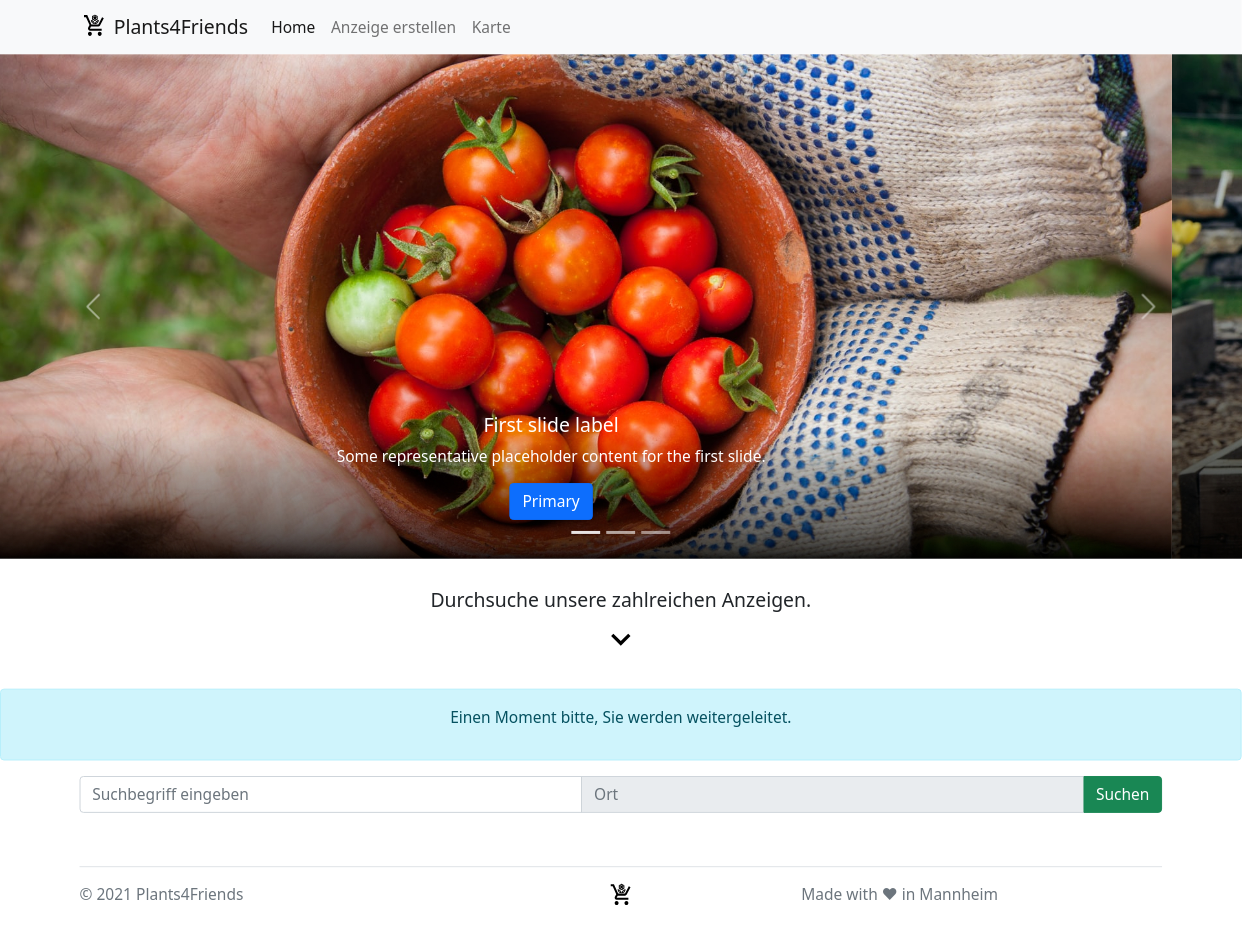
Repository: Carlson43/PlantsForFriends
Page: Website/index.html
These files come from the project's save history. The page is drawn as it stood at one moment and after the next save; the edit follows.
The browser window is 1280 px wide. The pictures show the whole page, at 97% of full size.

Above is the page before, as saved 2022-01-13 12:46:09.

### Website/index.html
<!doctype html>
<html lang="en">
  <head>
      <!-- Required meta tags -->
      <meta charset="utf-8">
      <meta name="viewport" content="width=device-width, initial-scale=1">

      <!-- Referencing Backend -->
      <script src="https://code.jquery.com/jquery-3.6.0.js"> </script>
      <script src="./Backend.js"> </script>

      <!-- Bootstrap CSS -->
      <link href="https://cdn.jsdelivr.net/npm/bootstrap@5.1.3/dist/css/bootstrap.min.css" rel="stylesheet" integrity="sha384-1BmE4kWBq78iYhFldvKuhfTAU6auU8tT94WrHftjDbrCEXSU1oBoqyl2QvZ6jIW3" crossorigin="anonymous">

      <!-- Custom Carousel CSS -->
      <style>
        .img-responsive {
        max-width: 100%; /* or to whatever you want here */
        max-height: auto; /* or to whatever you want here */
      }
      </style>

      <!-- Custom Divider CSS -->
      <link rel="stylesheet" href="divider.css">

    <title>Welcome @ Plants4Friends</title>

    <!-- Favicon -->
    <link rel="icon" type="image/x-icon" href="./Design-Ressourcen/flower.svg">
  </head>

  <body>
    <!-- Navbar -->
    <nav class="navbar navbar-expand-lg navbar-light bg-light">
        <div class="container fluid">
            <!-- Navabr Logo and Brandname -->
            <a class="navbar-brand" href="#">
                <img src="./Design-Ressourcen/logo.svg" alt="" width="30" height="24" class="d-inline-block align-text-top">
                Plants4Friends
            </a>
            <!-- Toggler for Expandsion -->
            <button class="navbar-toggler" type="button" data-bs-toggle="collapse" data-bs-target="#navbarNav" aria-controls="navbarNav" aria-expanded="false" aria-label="Toggle navigation">
                <span class="navbar-toggler-icon"></span>
            </button>
            <!-- Navigation Links -->
            <div class="collapse navbar-collapse" id="navbarNav">
                <div class="navbar-nav">
                    <a class="nav-link active" aria-current="page" href="index.html">Home</a>
                    <a class="nav-link" href="./create.html">Anzeige erstellen</a>
                    <a class="nav-link" href="./map.html">Karte</a>
                </div>
            </div>
        </div>
    </nav>

    <!-- Carousel -->
    <div id="carouselExampleCaptions" class="carousel slide" data-bs-ride="carousel">
        <!-- Slide Indicators -->
        <div class="carousel-indicators">
          <button type="button" data-bs-target="#carouselExampleCaptions" data-bs-slide-to="0" class="active" aria-current="true" aria-label="Slide 1"></button>
          <button type="button" data-bs-target="#carouselExampleCaptions" data-bs-slide-to="1" aria-label="Slide 2"></button>
          <button type="button" data-bs-target="#carouselExampleCaptions" data-bs-slide-to="2" aria-label="Slide 3"></button>
        </div>
        <!-- Carousel Slide Content -->
        <div class="carousel-inner">
          <!-- First Slide (starts with an active state) -->
          <div class="carousel-item active">
            <img src="./Design-Ressourcen/Bilder/carousel02-cut.jpg" class="img-responsive" alt="...">
            <!-- Text / Content Box -->
            <div class="carousel-caption d-none d-sm-block">
                <h5>First slide label</h5>
                <p>Some representative placeholder content for the first slide.</p>
                <button type="button" class="btn btn-primary">Primary</button>
            </div>
          </div>
          <!-- Second Slide -->
          <div class="carousel-item">
            <img src="./Design-Ressourcen/Bilder/carousel03-cut.jpg" class="d-block w-100" alt="...">
            <!-- Text / Content Box -->
            <div class="carousel-caption d-none d-sm-block">
                <h5>Second slide label</h5>
                <p>Some representative placeholder content for the second slide.</p>
                <button type="button" class="btn btn-outline-light">Light</button>
            </div>
          </div>
          <!-- Third Slide -->
          <div class="carousel-item">
            <img src="./Design-Ressourcen/Bilder/carousel04-cut.jpg" class="d-block w-100" alt="...">
            <!-- Text / Content Box -->
            <div class="carousel-caption d-none d-sm-block">
                <h5>Third slide label</h5>
                <p>Some representative placeholder content for the third slide.</p>
                <button type="button" class="btn btn-light">Light</button>
            </div>
          </div>
        </div>
        <!-- Left Button for previous Slide -->
        <button class="carousel-control-prev" type="button" data-bs-target="#carouselExampleCaptions" data-bs-slide="prev">
          <span class="carousel-control-prev-icon" aria-hidden="true"></span>
          <span class="visually-hidden">Previous</span>
        </button>
        <!-- Right Button for next Slide -->
        <button class="carousel-control-next" type="button" data-bs-target="#carouselExampleCaptions" data-bs-slide="next">
          <span class="carousel-control-next-icon" aria-hidden="true"></span>
          <span class="visually-hidden">Next</span>
        </button>
    </div>

    <div class="h-divider"></div>

    <!-- Small Text -->
    <div class="container-md text-center">
      <h5>Durchsuche unsere zahlreichen Anzeigen.</h5>
      <img src="./Design-Ressourcen/expand_more.svg" class="mx-auto d-block" alt="" style="height: 40px" >
    </div>

    <div class="h-divider"></div>

    <!-- Alert -->
    <div class="alert alert-warning"  role="alert" id = "alert" hidden>
      <p class="text-center">
       <i class="fa fa-exclamation-triangle" aria-hidden="true"></i>Einen Moment bitte, Sie werden weitergeleitet.
      </p>
  </div>

  <div class="alert alert-info"  role="alert" id = "not_found" color = red >
    <p class="text-center">
     <i class="fa fa-exclamation-triangle" aria-hidden="true"></i>Einen Moment bitte, Sie werden weitergeleitet.
    </p>
</div>


    <!-- Input / Search Group -->
      <div class="container-md">
        <div class="input-group">
          <!-- General Search Input -->
          <input type="text" placeholder="Suchbegriff eingeben" aria-label="search_term" id="search_term" class="form-control">
          <!-- Location Search Input - Diabled due to no working implementation -->
          <input type="text" placeholder="Ort" aria-label="search_loc" id="search_loc" class="form-control" disabled>
          <!-- Search Button -->
          <button onclick= "search_and_display();" class="btn btn-success" type="button" id="search_btn">Suchen</button>
        </div>
    </div>

    <div class="h-divider"></div>


    <!-- Container Layout Demo -->
    <div class="container-md">
        <div class="row">
          <div class="col">
                <!-- Card Element 1-->
                <div class="card" style="width: 18rem;" id = "Card0" hidden>
                  <!-- Heading image -->
                  <img src="./Design-Ressourcen/Bilder/carrots.jpg" class="card-img-top" alt="...">
                  <div class="card-body">
                      <h5 class="card-title" id = "Card0title">Überschrift</h5>
                      <h5 class="card-title" id = "Card0key" hidden>f</h5>
                      <h6 class="card-subtitle mb-2 text-muted" id = "Card0price">Preis in €</h6>
                      <h6 class="card-subtitle mb-2 text-muted" id = "Card0contact">Kontaktmöglichkeit</h6>
                      <p class="card-text" id = "Card0text">Die Beschreibung der Anzeige soll hier dann erscheinen. Vielleicht ist die Größe aber ein Limit. Naja, das lässt sich bestimmt irgendiwe Lösen</p>
                       <!-- Detail Button -->
                      <a  class="btn btn-primary" onclick = "alert();addKey0();setTimeout(myURL, 4000);">Details ></a>
                  </div>
                </div>
          </div>
          <div class="col">
            <!-- Card Element 2-->
            <div class="card" style="width: 18rem;" id = "Card1" hidden>
              <!-- Heading image -->
              <img src="./Design-Ressourcen/Bilder/carrots.jpg" class="card-img-top" alt="...">
              <div class="card-body">
                  <h5 class="card-title" id = "Card1title">Überschrift</h5>
                  <h5 class="card-title" id = "Card1key" hidden>f</h5>
                  <h6 class="card-subtitle mb-2 text-muted" id = "Card1price">Preis in €</h6>
                  <h6 class="card-subtitle mb-2 text-muted" id = "Card1contact">Kontaktmöglichkeit</h6>
                  <p class="card-text" id = "Card1text">Die Beschreibung der Anzeige soll hier dann erscheinen. Vielleicht ist die Größe aber ein Limit. Naja, das lässt sich bestimmt irgendiwe Lösen</p>
                  <!-- Detail Button -->
                  <a class="btn btn-primary" onclick = "alert();addKey1();setTimeout(myURL, 4000);">Details ></a>
              </div>
            </div>
          </div>
          <div class="col">
            <!-- Card Element 3-->
            <div class="card" style="width: 18rem;" id = "Card2" hidden>
              <!-- Heading image -->
              <img src="./Design-Ressourcen/Bilder/carrots.jpg" class="card-img-top" alt="...">
              <div class="card-body">
                  <h5 class="card-title" id = "Card2title">Überschrift</h5>
                  <h5 class="card-title" id = "Card2key" hidden>f</h5>
                  <h6 class="card-subtitle mb-2 text-muted" id = "Card2price">Preis in €</h6>
                  <h6 class="card-subtitle mb-2 text-muted" id = "Card2contact">Kontaktmöglichkeit</h6>
                  <p class="card-text" id = "Card2text">Die Beschreibung der Anzeige soll hier dann erscheinen. Vielleicht ist die Größe aber ein Limit. Naja, das lässt sich bestimmt irgendiwe Lösen</p>
                  <!-- Detail Button -->
                  <a class="btn btn-primary" onclick = "alert();addKey2();setTimeout(myURL, 4000);">Details ></a>
              </div>
            </div>
          </div>
        </div>
        <div class="row">
          <div class="col">
                <!-- Card Element 4-->
                <div class="card" style="width: 18rem;" id = "Card3" hidden>
                  <!-- Heading image -->
                  <img src="./Design-Ressourcen/Bilder/carrots.jpg" class="card-img-top" alt="...">
                  <div class="card-body">
                      <h5 class="card-title" id = "Card3title">Überschrift</h5>
                      <h5 class="card-title" id = "Card3key" hidden></h5>
                      <h6 class="card-subtitle mb-2 text-muted" id = "Card3price">Preis in €</h6>
                      <h6 class="card-subtitle mb-2 text-muted" id = "Card3contact">Kontaktmöglichkeit</h6>
                      <p class="card-text" id = "Card3text">Die Beschreibung der Anzeige soll hier dann erscheinen. Vielleicht ist die Größe aber ein Limit. Naja, das lässt sich bestimmt irgendiwe Lösen</p>
                      <!-- Detail Button -->
                      <a  class="btn btn-primary" onclick = "alert();addKey3();setTimeout(myURL, 4000);">Details ></a>
                  </div>
                </div>
          </div>
          <div class="col">
            <!-- Card Element 5-->
            <div class="card" style="width: 18rem;" id = "Card4" hidden>
              <!-- Heading image -->
              <img src="./Design-Ressourcen/Bilder/carrots.jpg" class="card-img-top" alt="...">
              <div class="card-body">
                  <h5 class="card-title" id = "Card4title">Überschrift</h5>
                  <h5 class="card-title" id = "Card4key" hidden></h5>
                  <h6 class="card-subtitle mb-2 text-muted" id = "Card4price">Preis in €</h6>
                  <h6 class="card-subtitle mb-2 text-muted" id = "Card4contact">Kontaktmöglichkeit</h6>
                  <p class="card-text" id = "Card4text">Die Beschreibung der Anzeige soll hier dann erscheinen. Vielleicht ist die Größe aber ein Limit. Naja, das lässt sich bestimmt irgendiwe Lösen</p>
                  <!-- Detail Button -->
                  <a class="btn btn-primary" onclick = "alert();addKey4();setTimeout(myURL, 4000);">Details ></a>
              </div>
            </div>
          </div>
          <div class="col">
            <!-- Card Element 6-->
            <div class="card" style="width: 18rem;" id = "Card5" hidden>
              <!-- Heading image -->
              <img src="./Design-Ressourcen/Bilder/carrots.jpg" class="card-img-top" alt="...">
              <div class="card-body">
                  <h5 class="card-title" id = "Card0title">Überschrift</h5>
                  <h5 class="card-title" id = "Card5key" hidden></h5>
                  <h6 class="card-subtitle mb-2 text-muted" id = "Card5price">Preis in €</h6>
                  <h6 class="card-subtitle mb-2 text-muted" id = "Card5contact">Kontaktmöglichkeit</h6>
                  <p class="card-text" id = "Card5text">Die Beschreibung der Anzeige soll hier dann erscheinen. Vielleicht ist die Größe aber ein Limit. Naja, das lässt sich bestimmt irgendiwe Lösen</p>
                  <!-- Detail Button -->
                  <a class="btn btn-primary" onclick = "alert();addKey5();setTimeout(myURL, 4000);">Details ></a>
              </div>
            </div>
          </div>
        </div>
        <div class="row">
          <div class="col">
                <!-- Card Element 7-->
                <div class="card" style="width: 18rem;" id = "Card6" hidden>
                  <!-- Heading image -->
                  <img src="./Design-Ressourcen/Bilder/carrots.jpg" class="card-img-top" alt="...">
                  <div class="card-body">
                      <h5 class="card-title" id = "Card6title">Überschrift</h5>
                      <h5 class="card-title" id = "Card6key" hidden></h5>
                      <h6 class="card-subtitle mb-2 text-muted" id = "Card6price">Preis in €</h6>
                      <h6 class="card-subtitle mb-2 text-muted" id = "Card6contact">Kontaktmöglichkeit</h6>
                      <p class="card-text" id = "Card6text">Die Beschreibung der Anzeige soll hier dann erscheinen. Vielleicht ist die Größe aber ein Limit. Naja, das lässt sich bestimmt irgendiwe Lösen</p>
                      <!-- Detail Button -->
                      <a  class="btn btn-primary" onclick = "alert();addKey6();setTimeout(myURL, 4000);">Details ></a>
                  </div>
                </div>
          </div>
          <div class="col">
            <!-- Card Element 8-->
            <div class="card" style="width: 18rem;" id = "Card7" hidden>
              <!-- Heading image -->
              <img src="./Design-Ressourcen/Bilder/carrots.jpg" class="card-img-top" alt="...">
              <div class="card-body">
                  <h5 class="card-title" id = "Card7title">Überschrift</h5>
                  <h5 class="card-title" id = "Card7key" hidden></h5>
                  <h6 class="card-subtitle mb-2 text-muted" id = "Card7price">Preis in €</h6>
                  <h6 class="card-subtitle mb-2 text-muted" id = "Card7contact">Kontaktmöglichkeit</h6>
                  <p class="card-text" id = "Card7text">Die Beschreibung der Anzeige soll hier dann erscheinen. Vielleicht ist die Größe aber ein Limit. Naja, das lässt sich bestimmt irgendiwe Lösen</p>
                  <!-- Detail Button -->
                  <a class="btn btn-primary" onclick = "alert();addKey7();setTimeout(myURL, 4000);">Details ></a>
              </div>
            </div>
          </div>
          <div class="col">
            <!-- Card Element 9 -->
            <div class="card" style="width: 18rem;" id = "Card8" hidden>
              <!-- Heading image -->
              <img src="./Design-Ressourcen/Bilder/carrots.jpg" class="card-img-top" alt="...">
              <div class="card-body">
                  <h5 class="card-title" id = "Card8title">Überschrift</h5>
                  <h5 class="card-title" id = "Card8key" hidden></h5>
                  <h6 class="card-subtitle mb-2 text-muted" id = "Card8price">Preis in €</h6>
                  <h6 class="card-subtitle mb-2 text-muted" id = "Card8contact">Kontaktmöglichkeit</h6>
                  <p class="card-text" id = "Card8text">Die Beschreibung der Anzeige soll hier dann erscheinen. Vielleicht ist die Größe aber ein Limit. Naja, das lässt sich bestimmt irgendiwe Lösen</p>
                  <!-- Detail Button -->
                  <a class="btn btn-primary" onclick = "alert();addKey8();setTimeout(myURL, 4000);">Details ></a>
              </div>
            </div>
          </div>
        </div>
    </div>


    <!-- Footer -->
    <div class="container">
      <footer class="d-flex flex-wrap justify-content-between align-items-center py-3 my-4 border-top">
        <p class="col-md-4 mb-0 text-muted">© 2021 Plants4Friends</p>

        <!-- Footer Logo -->
        <a href="index.html" class="col-md-4 d-flex align-items-center justify-content-center mb-3 mb-md-0 me-md-auto link-dark text-decoration-none">
          <img src="./Design-Ressourcen/logo.svg" alt="" width="30" height="24" class="d-inline-block align-text-top">
        </a>

        <p class="col-md-4 mb-0 text-muted">Made with ❤ in Mannheim</p>
      </footer>
    </div>

    <!--Bootstrap JS-->
    <script src="https://cdn.jsdelivr.net/npm/bootstrap@5.1.3/dist/js/bootstrap.bundle.min.js" integrity="sha384-ka7Sk0Gln4gmtz2MlQnikT1wXgYsOg+OMhuP+IlRH9sENBO0LRn5q+8nbTov4+1p" crossorigin="anonymous"></script>

  </body>

<script>

</script>

</html>

### Website/divider.css

.h-divider{
    margin-top:15px;
    margin-bottom:15px;
    height:1px;
    width:100%;
    /* border-top:1px solid gray; */
}

Loaded but not shown: Website/Backend.js (264 lines, source omitted)

After the next save:
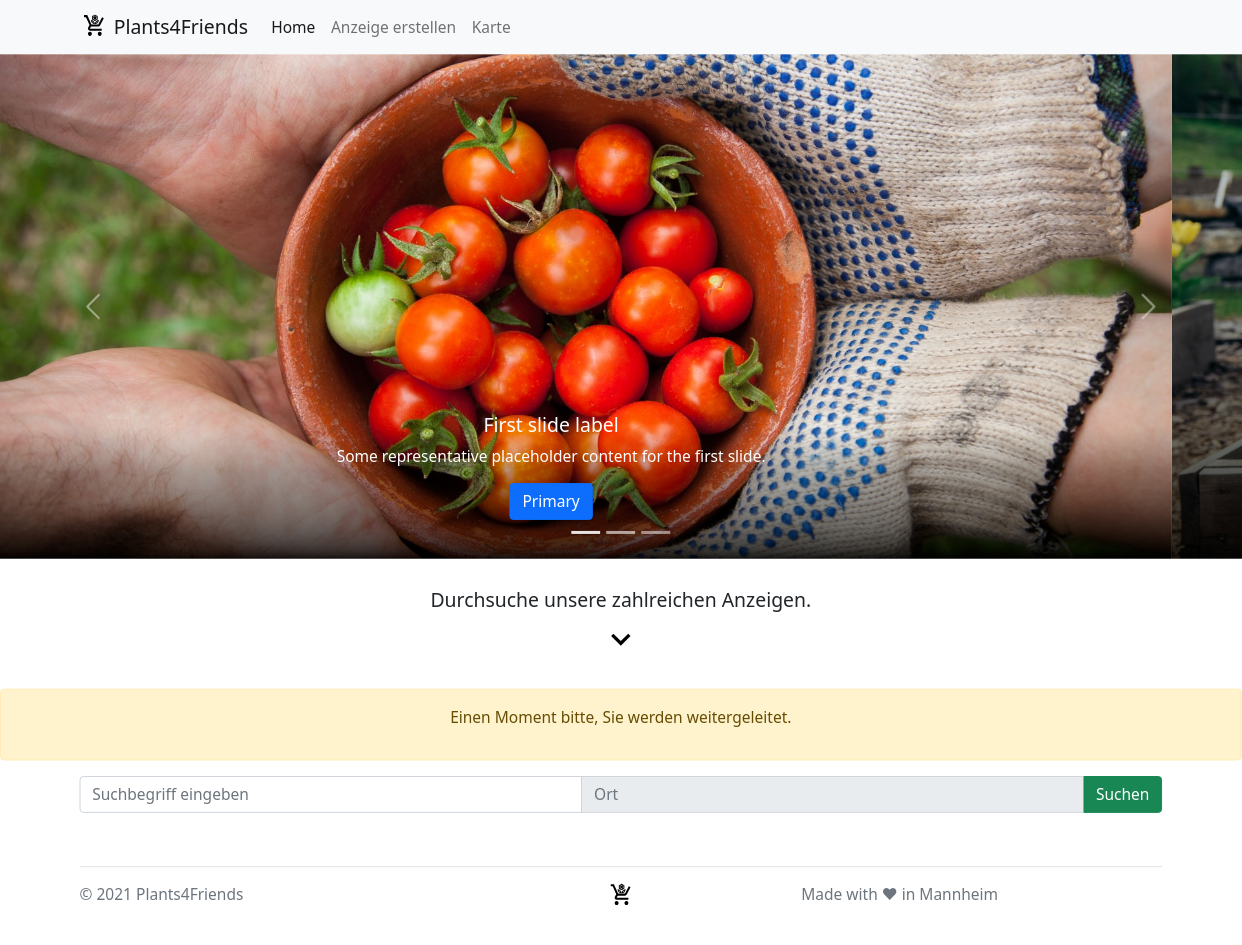
Saved 19 s later.
--- a/Website/index.html
+++ b/Website/index.html
@@ -117,13 +117,13 @@
     <div class="h-divider"></div>
 
     <!-- Alert -->
-    <div class="alert alert-warning"  role="alert" id = "alert" hidden>
+    <div class="alert alert-info"  role="alert" id = "alert" hidden>
       <p class="text-center">
        <i class="fa fa-exclamation-triangle" aria-hidden="true"></i>Einen Moment bitte, Sie werden weitergeleitet.
       </p>
   </div>
 
-  <div class="alert alert-info"  role="alert" id = "not_found" color = red >
+  <div class="alert alert-warning"  role="alert" id = "not_found" color = red >
     <p class="text-center">
      <i class="fa fa-exclamation-triangle" aria-hidden="true"></i>Einen Moment bitte, Sie werden weitergeleitet.
     </p>
